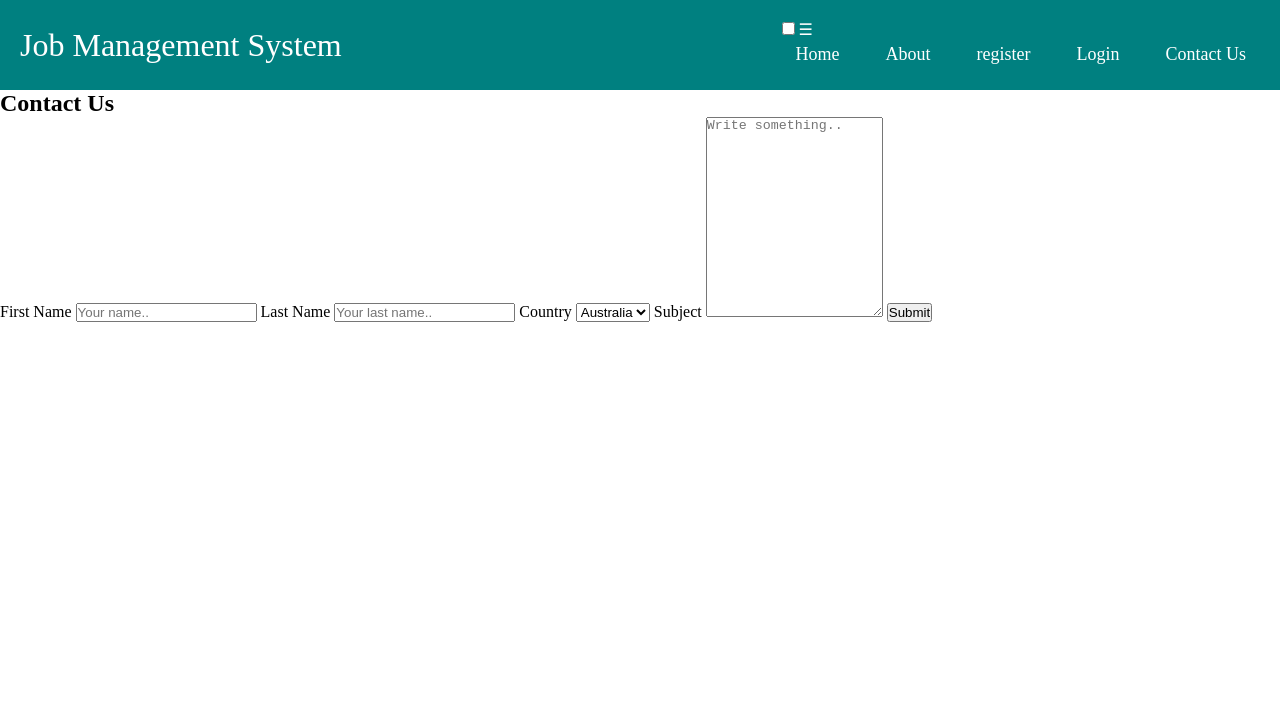
Repository: PrinceKumawat1109/JFSD
Page: http://localhost/Job-management/contact.jsp
The author's editor kept a copy of each file at every save. The page is drawn from the files as they stood at one save, then again after the next save.
The browser window is 1280 px wide. The pictures show the whole page.
The page is served by Tomcat 9. Other server files are loaded and not shown.

Above is the page before, as saved 2022-10-29 14:24:35.

### Job-management/src/main/webapp/contact.jsp
<%@ page language="java" contentType="text/html; charset=UTF-8"
    pageEncoding="UTF-8"%>
<!DOCTYPE html>
<html>
<head>
<meta charset="UTF-8">
<title>Contact Us</title>
	<jsp:include page="navbar.jsp" />
</head>
<body>
<h2>Contact Us</h2>
<div class="container">

    <label for="fname">First Name</label>
    <input type="text" id="fname" name="firstname" placeholder="Your name..">

    <label for="lname">Last Name</label>
    <input type="text" id="lname" name="lastname" placeholder="Your last name..">

    <label for="country">Country</label>
    <select id="country" name="country">
      <option value="australia">Australia</option>
      <option value="canada">Canada</option>
      <option value="usa">USA</option>
    </select>

    <label for="subject">Subject</label>
    <textarea id="subject" name="subject" placeholder="Write something.." style="height:200px"></textarea>

    <input type="submit" value="Submit">
</div>
</body>
</html>

### Job-management/src/main/webapp/navbar.jsp
<!DOCTYPE html>
<html lang="en">
 <head>
   <meta charset="UTF-8" />
   <meta http-equiv="X-UA-Compatible" content="IE=edge" />
   <meta name="viewport" content="width=device-width, initial-scale=1.0" />
   <style>

    /* UTILITIES */
* {
 margin: 0;
 padding: 0;
 box-sizing: border-box;
}
body {
 font-family: cursive;
}
a {
 text-decoration: none;
}
li {
 list-style: none;
}

/* NAVBAR STYLING STARTS */
.navbar {
 display: flex;
 align-items: center;
 justify-content: space-between;
 padding: 20px;
 background-color: teal;
 color: #fff;
}
.nav-links a {
 color: #fff;
}
/* LOGO */
.logo {
 font-size: 32px;
}
/* NAVBAR MENU */
.menu {
 display: flex;
 gap: 1em;
 font-size: 18px;
}
.menu li:hover {
 background-color: #4c9e9e;
 border-radius: 5px;
 transition: 0.3s ease;
}
.menu li {
 padding: 5px 14px;
}
/* DROPDOWN MENU */
.services {
 position: relative;
}
.dropdown {
 background-color: rgb(1, 139, 139);
 padding: 1em 0;
 position: absolute; /*WITH RESPECT TO PARENT*/
 display: none;
 border-radius: 8px;
 top: 35px;
}
.dropdown li + li {
 margin-top: 10px;
}
.dropdown li {
 padding: 0.5em 1em;
 width: 8em;
 text-align: center;
}
.dropdown li:hover {
 background-color: #4c9e9e;
}
.services:hover .dropdown {
 display: block;
}
   </style>
   <title>Document</title>
 </head>
 <body>
   <nav class="navbar">
     <!-- LOGO -->
     <div class="logo">Job Management System</div>
     <!-- NAVIGATION MENU -->
     <ul class="nav-links">
       <!-- USING CHECKBOX HACK -->
       <input type="checkbox" id="checkbox_toggle" />
       <label for="checkbox_toggle" class="hamburger">&#9776;</label>
       <!-- NAVIGATION MENUS -->
       <div class="menu">
         <li><a href="home.jsp">Home</a></li>
         <li><a href="/">About</a></li>
         <li class="services">
           <a href="/">register</a>
           <!-- DROPDOWN MENU -->
           <ul class="dropdown">
             <li><a href="employeeregister.jsp">Employee </a></li>
             <li><a href="employerregister.jsp">Employers</a></li>
           </ul>
         </li>
         <li class="services">
           <a href="/">Login</a>
           <!-- DROPDOWN MENU -->
           <ul class="dropdown">
             <li><a href="employeelogin.jsp">Employee login </a></li>
             <li><a href="employerlogin.jsp">Employers login</a></li>
           </ul>
         </li>
         <li><a href="contact.jsp">Contact Us</a></li>
       </div>
     </ul>
   </nav>
 </body>
</html>

After the next save:
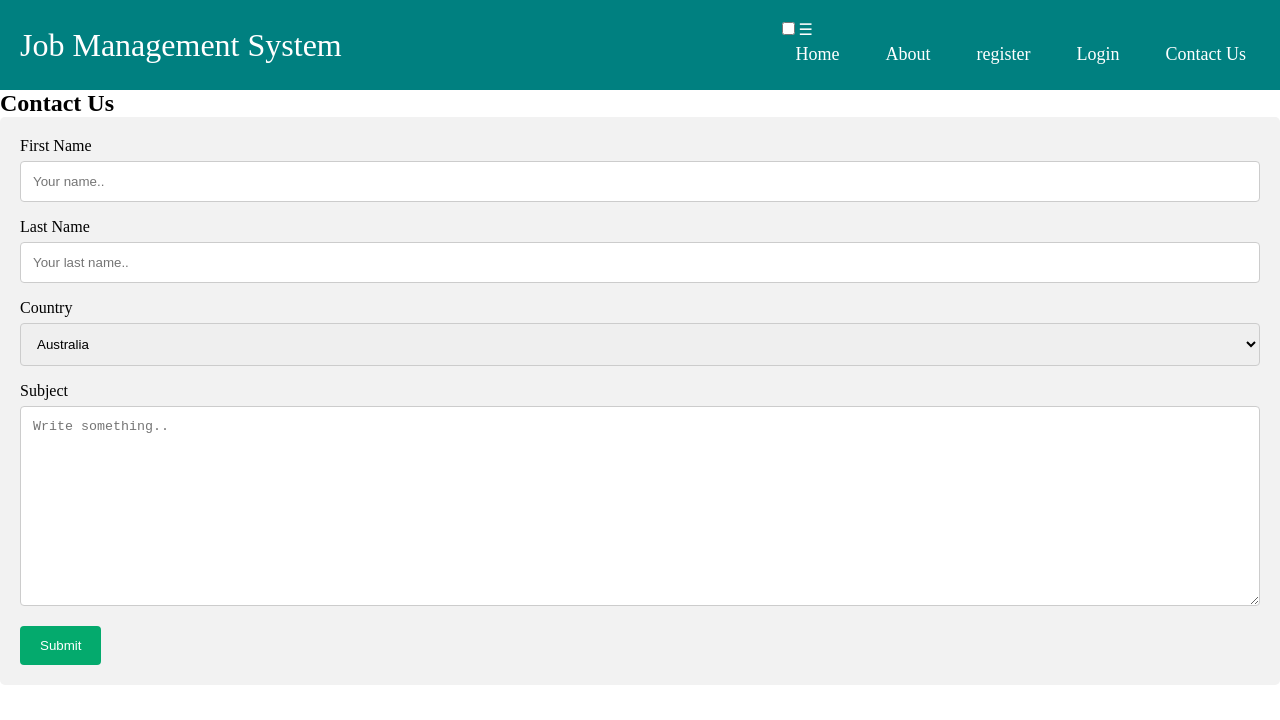
Saved 86 min 49 s later.
--- a/Job-management/src/main/webapp/contact.jsp
+++ b/Job-management/src/main/webapp/contact.jsp
@@ -1,5 +1,6 @@
 <%@ page language="java" contentType="text/html; charset=UTF-8"
     pageEncoding="UTF-8"%>
+
 <!DOCTYPE html>
 <html>
 <head>
@@ -30,4 +31,36 @@
     <input type="submit" value="Submit">
 </div>
 </body>
+<style>input[type=text], select, textarea {
+  width: 100%; /* Full width */
+  padding: 12px; /* Some padding */
+  border: 1px solid #ccc; /* Gray border */
+  border-radius: 4px; /* Rounded borders */
+  box-sizing: border-box; /* Make sure that padding and width stays in place */
+  margin-top: 6px; /* Add a top margin */
+  margin-bottom: 16px; /* Bottom margin */
+  resize: vertical /* Allow the user to vertically resize the textarea (not horizontally) */
+}
+
+/* Style the submit button with a specific background color etc */
+input[type=submit] {
+  background-color: #04AA6D;
+  color: white;
+  padding: 12px 20px;
+  border: none;
+  border-radius: 4px;
+  cursor: pointer;
+}
+
+/* When moving the mouse over the submit button, add a darker green color */
+input[type=submit]:hover {
+  background-color: #45a049;
+}
+
+/* Add a background color and some padding around the form */
+.container {
+  border-radius: 5px;
+  background-color: #f2f2f2;
+  padding: 20px;
+}</style>
 </html>
